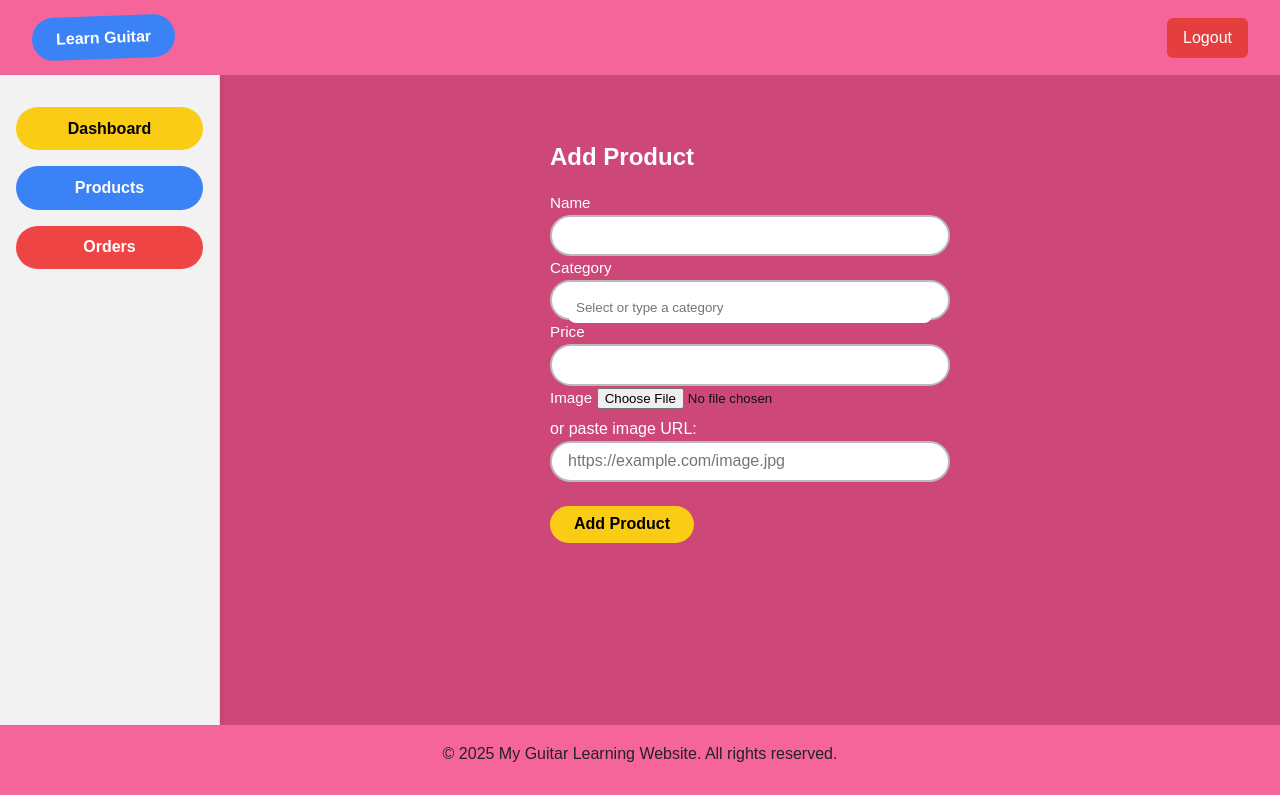
Repository: rywkoo/LearnGuitar
Page: templates/admin/addproduct.html
These files come from the project's save history. The page is drawn as it stood at one moment and after the next save; the edit follows.
The browser window is 1280 px wide. The pictures show the whole page.
The page is served by the project's application, run on Flask 3 (app.py). The template is opened directly, without the code that normally fills it, so the values that code supplies are empty.

Above is the page before, as saved 2025-08-25 22:41:15.

After the next save:
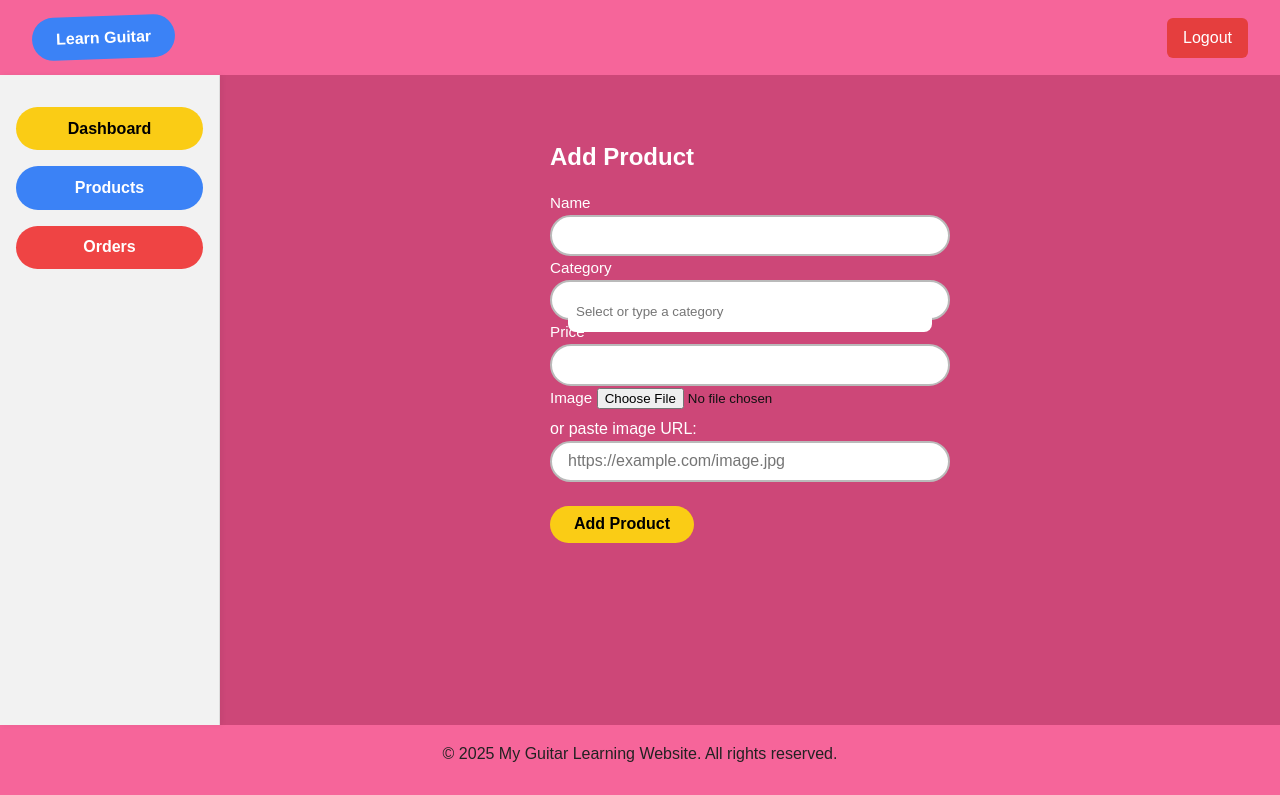
Saved 27 s later.
--- a/templates/admin/addproduct.html
+++ b/templates/admin/addproduct.html
@@ -12,6 +12,7 @@
 
 .custom-dropdown input {
   width: 100%;
+  height: 40px;
   padding: 0.5rem;
   border-radius: 8px;
   border: 1px solid #ccc;
@@ -19,7 +20,7 @@
 
 .dropdown-list {
   position: absolute;
-  top: 80%;
+  top: 100%;
   left: 0;
   right: 0;
   background: #fff;
